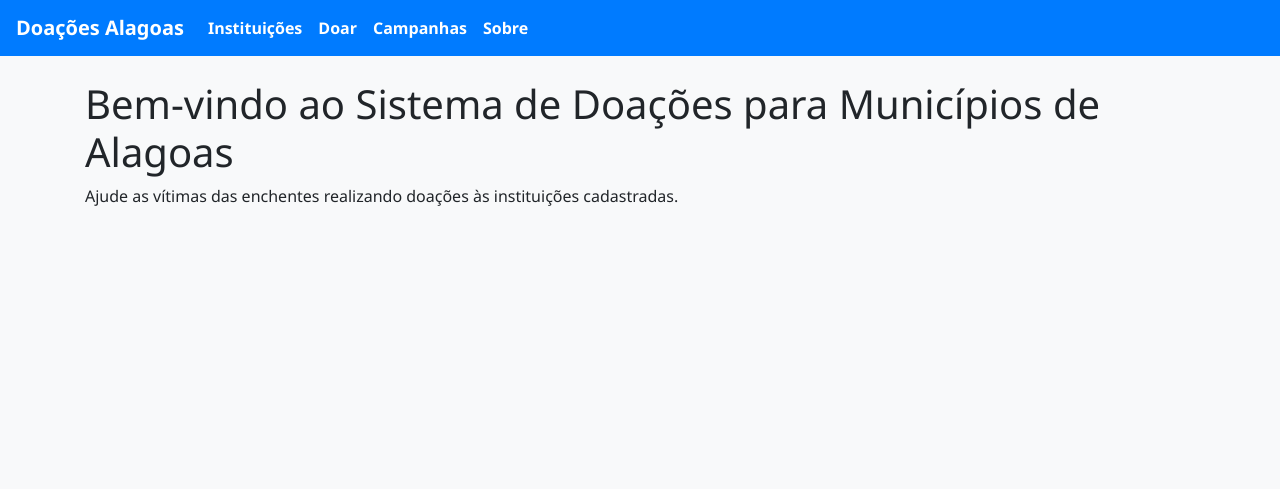
Repository: rafaelcrb/mvp-doacoes-alagoas
Page: http://localhost/
The author's editor kept a copy of each file at every save. The page is drawn from the files as they stood at one save, then again after the next save.
The browser window is 1280 px wide. The pictures show the whole page.
The page is served by the project's application, run on Flask 3 (app.py).

Above is the page before, as saved 2025-05-27 07:38:22.

After the next save:
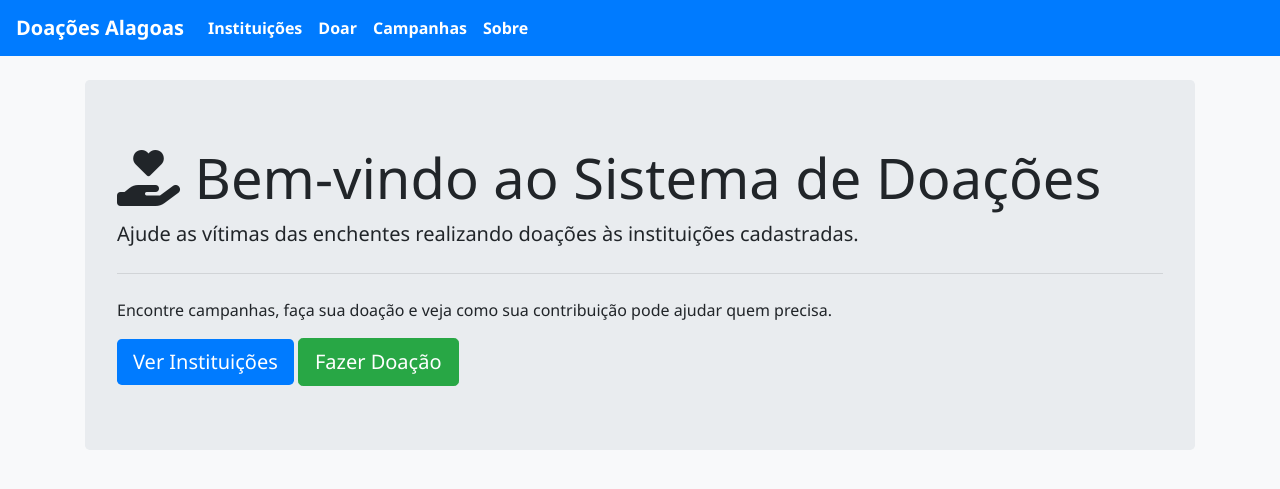
Saved 17 s later.
--- a/templates/index.html
+++ b/templates/index.html
@@ -1,6 +1,20 @@
 {% extends 'base.html' %}
 
 {% block content %}
-<h1>Bem-vindo ao Sistema de Doações para Municípios de Alagoas</h1>
-<p>Ajude as vítimas das enchentes realizando doações às instituições cadastradas.</p>
+<div class="jumbotron">
+  <h1 class="display-4"><i class="fas fa-hand-holding-heart"></i> Bem-vindo ao Sistema de Doações</h1>
+  <p class="lead">
+    Ajude as vítimas das enchentes realizando doações às instituições cadastradas.
+  </p>
+  <hr class="my-4">
+  <p>
+    Encontre campanhas, faça sua doação e veja como sua contribuição pode ajudar quem precisa.
+  </p>
+  <a class="btn btn-primary btn-lg" href="/instituicoes" role="button">
+    Ver Instituições
+  </a>
+  <a class="btn btn-success btn-lg" href="/doar" role="button">
+    Fazer Doação
+  </a>
+</div>
 {% endblock %}
